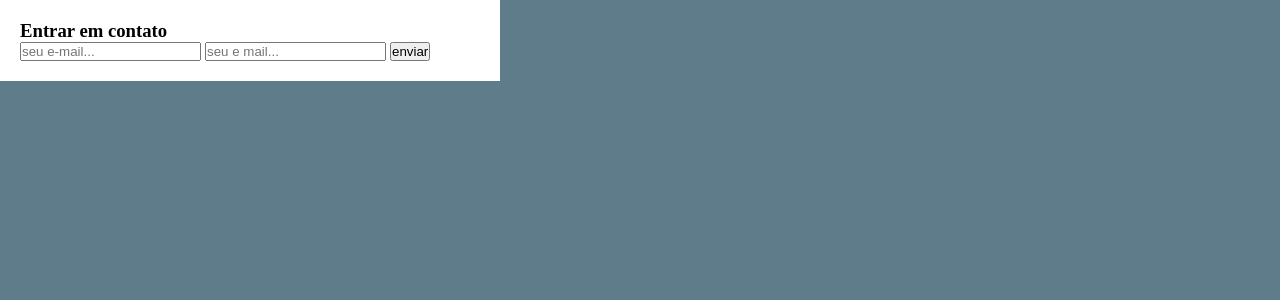
Repository: josceno/Sistema-para-controle-de-experimenta-o-animal
Page: index.html
The author's editor kept a copy of each file at every save. The page is drawn from the files as they stood at one save, then again after the next save.
The browser window is 1280 px wide. The pictures show the whole page.

Above is the page before, as saved 2021-09-13 15:16:16.

After the next save:
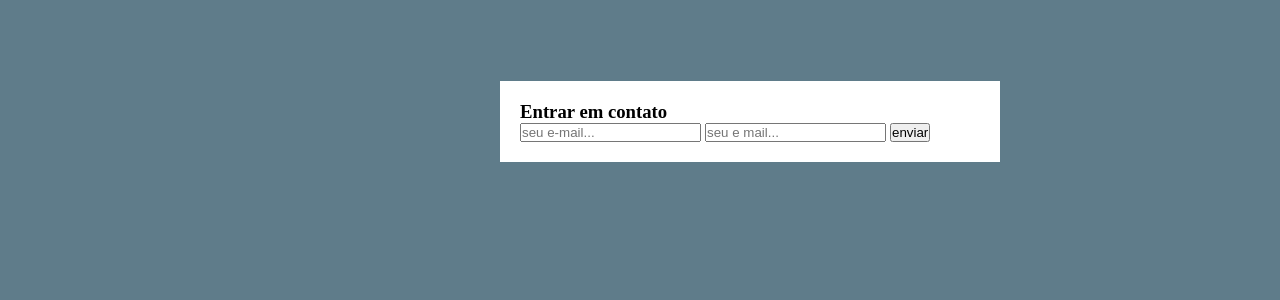
Saved 12 s later.
--- a/index.html
+++ b/index.html
@@ -17,7 +17,7 @@
             padding:20px;
             position:absolute;
 
-            transform: translate(0%,0%);
+            transform: translate(100%,100%);
         }
     </style>
 
